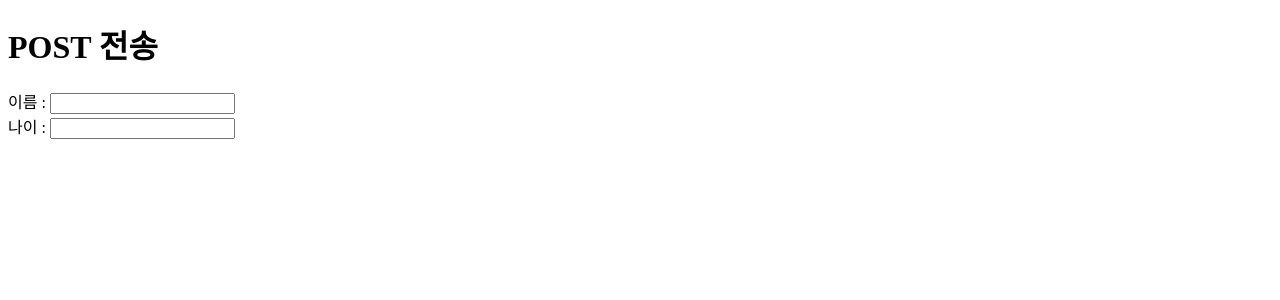
Repository: hari6180/JSP
Page: http://localhost/HelloWeb/05_post/from.jsp
These files come from the project's save history. The page is drawn as it stood at one moment and after the next save; the edit follows.
The browser window is 1280 px wide. The pictures show the whole page.
The page is served by Tomcat 9. Other server files are loaded and not shown.

Above is the page before, as saved 2021-01-19 01:40:41.

### HelloWeb/WebContent/05_post/from.jsp
<%@ page language="java" contentType="text/html; charset=UTF-8" pageEncoding="UTF-8"%>
<%@ page trimDirectiveWhitespaces="true" %>
<!doctype html>
<html>

<head>
    <meta charset="UTF-8" />
    <title>Hello JSP</title>
</head>

<body>
	<h1>POST 전송</h1>
	<form name="myform" method="post" action="to.jsp">
		<div>이름 : <input type="text" name="user_name" /></div>
		<div>나이 : <input type="number" name="age" /></div>
		<div>
		</div>
	</form>
</body>

</html>

After the next save:
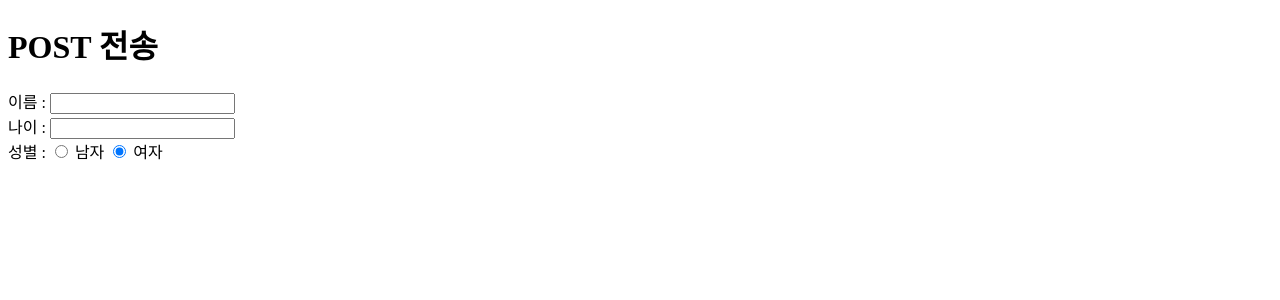
Saved 59 s later.
--- a/HelloWeb/WebContent/05_post/from.jsp
+++ b/HelloWeb/WebContent/05_post/from.jsp
@@ -13,7 +13,9 @@
 	<form name="myform" method="post" action="to.jsp">
 		<div>이름 : <input type="text" name="user_name" /></div>
 		<div>나이 : <input type="number" name="age" /></div>
-		<div>
+		<div>성별 :
+			<label><input type='radio' name='gender' value='M'> 남자</label>
+			<label><input type='radio' name='gender' value='F' checked> 여자</label>
 		</div>
 	</form>
 </body>
